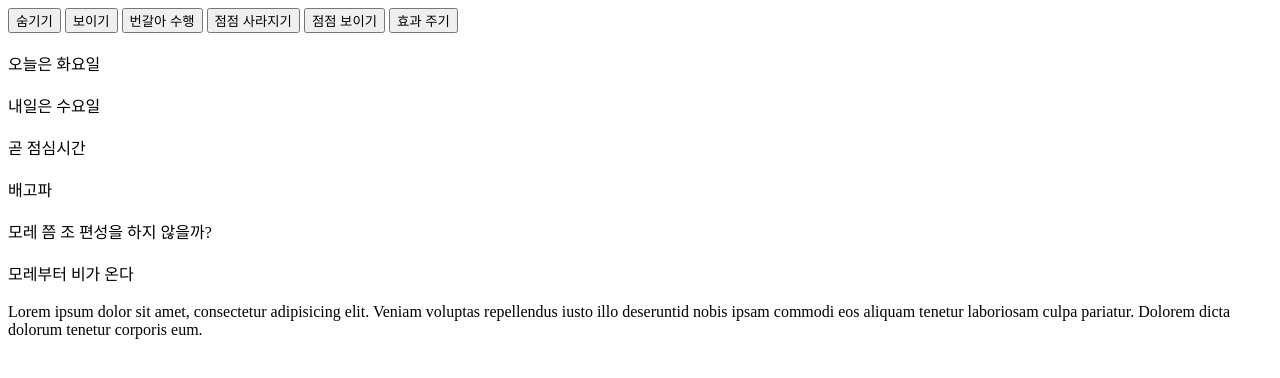
Repository: Shinhan1/shinhan
Page: http://localhost/web_goott/w20200324/jQueryEx12.jsp
The author's editor kept a copy of each file at every save. The page is drawn from the files as they stood at one save, then again after a run of saves.
The browser window is 1280 px wide. The pictures show the whole page.
The page is served by Tomcat 9.

Above is the page before, as saved 2020-03-24 04:00:53.

### web_goott/WebContent/w20200324/jQueryEx12.jsp
<%@ page language="java" contentType="text/html; charset=UTF-8"
    pageEncoding="UTF-8"%>
<!DOCTYPE html>
<html>
<head>
<meta charset="UTF-8">
<title>jQueryEx12.jsp</title>
<script src="https://ajax.googleapis.com/ajax/libs/jquery/3.4.1/jquery.min.js"></script>
<script type="text/javascript">
	$(function(){
		// 각 버튼을 누르면 기능을 수행
		$('input[value="숨기기"]').on('click', function(){
			$('#box1').hide(3000);		// 함수 안에 밀리세컨드(1/1000초) 단위로 시간 지정
		});

		$('input[value="보이기"]').click(function(){
			$('#box1').show(3000);
		});

		$('input[value="번갈아 수행"]').click(function(){
			$('#box1').toggle(3000);
		});

		$('input[value="점점 사라지기"]').click(function(){
			$('#box1').fadeOut(3000);
		});
		$('input[value="점점 보이기"]').click(function(){
			$('#box1').fadeIn(3000);
		});
		$('input[value="효과 주기"]').click(function(){
			$('#box1').fadeOut();
		});

	});
</script>
</head>
<body>
	<input type="button" value="숨기기" />
	<input type="button" value="보이기" />
	<input type="button" value="번갈아 수행" />
	<input type="button" value="점점 사라지기" />
	<input type="button" value="점점 보이기" />
	<input type="button" value="효과 주기" />

	<div id="box1" stle="font-size: 20px">
		<br />
		오늘은 화요일 <br /><br />
		내일은 수요일 <br /><br />
		곧 점심시간 <br /><br />
		배고파 <br /><br />
		모레 쯤 조 편성을 하지 않을까?<br /><br />
		모레부터 비가 온다<br /><br />
		Lorem ipsum dolor sit amet, consectetur adipisicing elit.
		Veniam voluptas repellendus iusto illo deseruntid nobis ipsam commodi eos aliquam tenetur laboriosam culpa pariatur.
		Dolorem dicta dolorum tenetur corporis eum.

	</div>

</body>
</html>

After the next 2 saves:
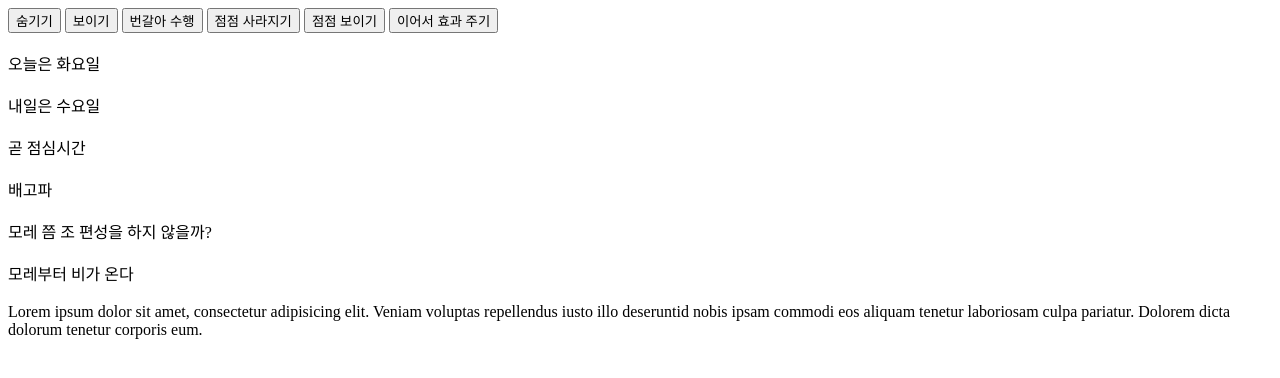
The 2 saves are shown as one change because they came seconds apart.
The last was saved 8 s later.
--- a/web_goott/WebContent/w20200324/jQueryEx12.jsp
+++ b/web_goott/WebContent/w20200324/jQueryEx12.jsp
@@ -27,7 +27,7 @@
 		$('input[value="점점 보이기"]').click(function(){
 			$('#box1').fadeIn(3000);
 		});
-		$('input[value="효과 주기"]').click(function(){
+		$('input[value="이어서 효과 주기"]').click(function(){
 			$('#box1').fadeOut();
 		});
 
@@ -40,7 +40,7 @@
 	<input type="button" value="번갈아 수행" />
 	<input type="button" value="점점 사라지기" />
 	<input type="button" value="점점 보이기" />
-	<input type="button" value="효과 주기" />
+	<input type="button" value="이어서 효과 주기" />
 
 	<div id="box1" stle="font-size: 20px">
 		<br />
